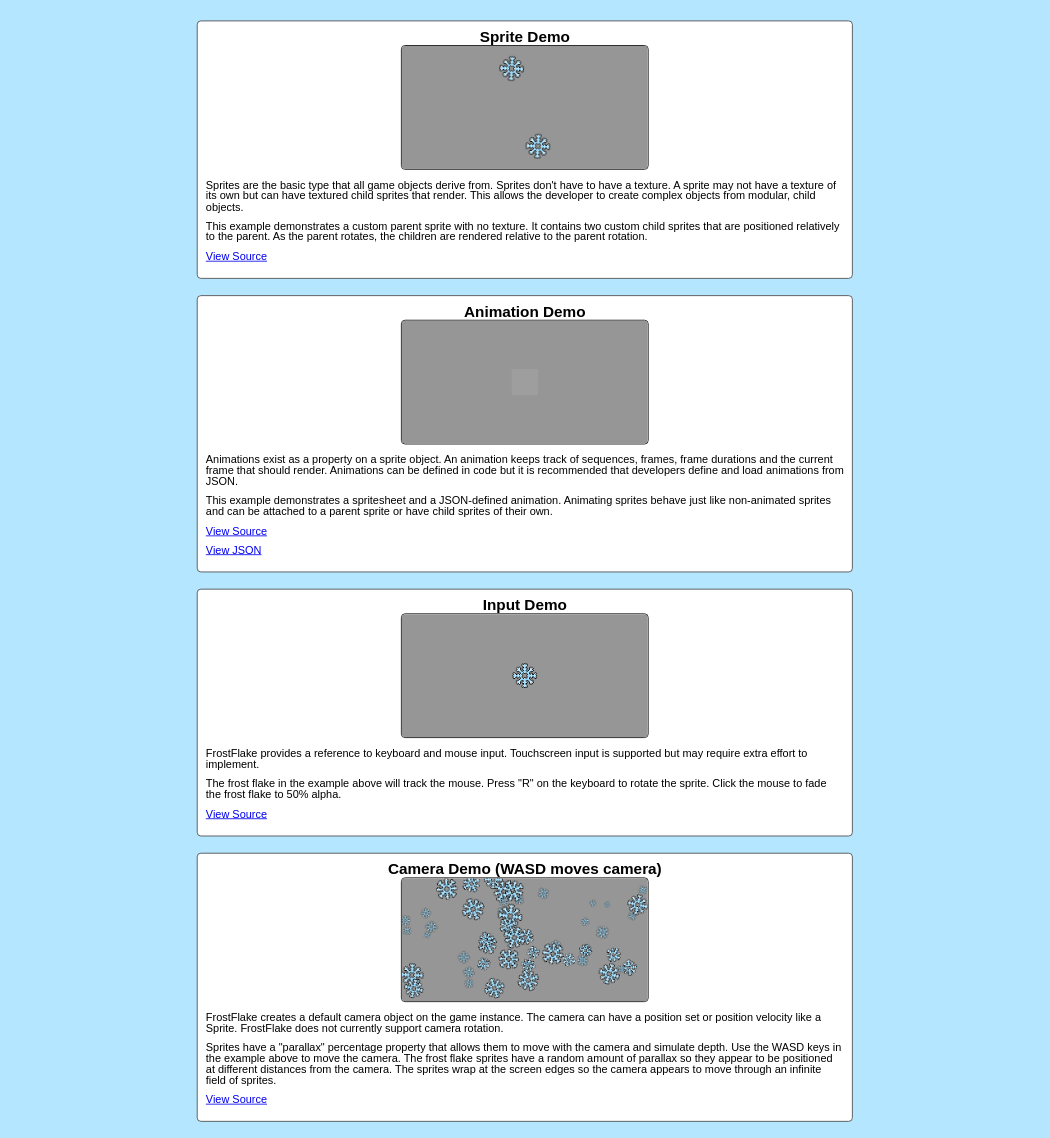
Repository: reidstidolph/chameleon
Page: public/perspective.html
The author's editor kept a record of every edit. The page is drawn from the files as they stood at one moment, then again after the next edit.
The browser window is 1280 px wide. The pictures show the whole page, at 82% of full size.
Some web libraries are served in a nearby version.

Above is the page before.
Console error (its wording comes from the project's code and is left out).

### public/perspective.html
<!DOCTYPE html >
<html>
    <head>
        <title>FrostFlake Examples</title>

        <!-- stylesheet -->
        <link rel="stylesheet" href="/example/screen.css" />

        <!-- dependencies -->
        <script type="text/javascript" src="https://code.jquery.com/jquery-1.11.1.min.js"></script>

        <!-- frostFlake -->
        <script type="text/javascript" src="Class.js"></script>
        <script type="text/javascript" src="Animation.js"></script>
        <script type="text/javascript" src="Camera.js"></script>
        <script type="text/javascript" src="Keyboard.js"></script>
        <script type="text/javascript" src="Mouse.js"></script>
        <script type="text/javascript" src="Input.js"></script>
        <script type="text/javascript" src="Io.js"></script>
        <script type="text/javascript" src="Renderer.js"></script>
        <script type="text/javascript" src="Sprite.js"></script>
        <script type="text/javascript" src="Util.js"></script>
        <script type="text/javascript" src="View.js"></script>
        <script type="text/javascript" src="frostFlake.js"></script>

        <!-- examplesFile -->
        <script type="text/javascript" src="/example/spriteDemo.js"></script>
        <script type="text/javascript" src="/example/animationDemo.js"></script>
        <script type="text/javascript" src="/example/inputDemo.js"></script>
        <script type="text/javascript" src="/example/cameraDemo.js"></script>
        <script type="text/javascript" src="/example/rendererDemo.js"></script>

        <script>
            var d1, d2, d3, d4, d5;

            // start all examples when page is fully loaded.
            /* global spriteDemo, animationDemo, inputDemo, cameraDemo, rendererDemo, $ */
            $(function() {
                "use strict";

                // initiate the demos
                d1 = new spriteDemo.Game($("canvas#spriteDemo")[0]);
                d2 = new animationDemo.Game($("canvas#animationDemo")[0]);
                d3 = new inputDemo.Game($("canvas#inputDemo")[0]);
                d4 = new cameraDemo.Game($("canvas#cameraDemo")[0]);
                d5 = new rendererDemo.Game($("canvas#rendererDemo")[0]);

            });
        </script>
    </head>
    <body>
        <!-- SPRITE DEMO -->
        <section class="demo">
            <h1>Sprite Demo</h1>
            <canvas id="spriteDemo"></canvas>
            <p>
                Sprites are the basic type that all game objects derive from.
                Sprites don't have to have a texture. A sprite may not have a
                texture of its own but can have textured child sprites that
                render. This allows the developer to create complex objects
                from modular, child objects.
            </p>
            <p>
                This example demonstrates a custom parent sprite with no texture.
                It contains two custom child sprites that are positioned relatively
                to the parent. As the parent rotates, the children are rendered
                relative to the parent rotation.
            </p>

            <p>
                <a href="/example/spriteDemo.js" target="_blank" title="Sprite Demo Source">View Source</a>
            </p>
        </section>

        <!-- ANIMATION DEMO -->
        <section class="demo">
            <h1>Animation Demo</h1>
            <canvas id="animationDemo"></canvas>
            <p>
                Animations exist as a property on a sprite object. An animation
                keeps track of sequences, frames, frame durations and the current
                frame that should render. Animations can be defined in code but
                it is recommended that developers define and load animations from
                JSON.
            </p>
            <p>
                This example demonstrates a spritesheet and a JSON-defined animation.
                Animating sprites behave just like non-animated sprites and can be
                attached to a parent sprite or have child sprites of their own.
            </p>
            <p>
                <a href="/example/animationDemo.js" target="_blank" title="Animation Demo Source">View Source</a>
            </p>

            <p>
                <a href="/example/animation.json" target="_blank" title="Animation JSON Source">View JSON</a>
            </p>
        </section>

        <!-- MOUSE DEMO -->
        <section class="demo">
            <h1>Input Demo</h1>
            <canvas id="inputDemo"></canvas>
            <p>
                FrostFlake provides a reference to keyboard and mouse input. Touchscreen
                input is supported but may require extra effort to implement.
            </p>
            <p>
                The frost flake in the example above will track the mouse. Press
                "R" on the keyboard to rotate the sprite. Click the mouse to fade
                the frost flake to 50% alpha.
            </p>
            <p>
                <a href="/example/inputDemo.js" target="_blank" title="Input Demo Source">View Source</a>
            </p>
        </section>

        <!-- CAMERA DEMO -->
        <section class="demo">
            <h1>Camera Demo (WASD moves camera)</h1>
            <canvas id="cameraDemo"></canvas>
            <p>
                FrostFlake creates a default camera object on the game instance.
                The camera can have a position set or position velocity like a Sprite.
                FrostFlake does not currently support camera rotation.
            </p>

            <p>
                Sprites have a "parallax" percentage property that allows them to move
                with the camera and simulate depth. Use the WASD keys in the example
                above to move the camera. The frost flake sprites have a random amount
                of parallax so they appear to be positioned at different distances from
                the camera. The sprites wrap at the screen edges so the camera appears
                to move through an infinite field of sprites.
            </p>

            <p>
                <a href="/example/cameraDemo.js" target="_blank" title="Camera Demo Source">View Source</a>
            </p>
        </section>

    </body>
</html>

### public/demos/justin/screen.css
/* http://meyerweb.com/eric/tools/css/reset/
   v2.0 | 20110126
   License: none (public domain)
*/

html, body, div, span, applet, object, iframe,
h1, h2, h3, h4, h5, h6, p, blockquote, pre,
a, abbr, acronym, address, big, cite, code,
del, dfn, em, img, ins, kbd, q, s, samp,
small, strike, strong, sub, sup, tt, var,
b, u, i, center,
dl, dt, dd, ol, ul, li,
fieldset, form, label, legend,
table, caption, tbody, tfoot, thead, tr, th, td,
article, aside, canvas, details, embed,
figure, figcaption, footer, header, hgroup,
menu, nav, output, ruby, section, summary,
time, mark, audio, video {
    margin: 0;
    padding: 0;
    border: 0;
    font-size: 100%;
    font: inherit;
    vertical-align: baseline;
}
/* HTML5 display-role reset for older browsers */
article, aside, details, figcaption, figure,
footer, header, hgroup, menu, nav, section {
    display: block;
}
body {
    line-height: 1;
}
ol, ul {
    list-style: none;
}
blockquote, q {
    quotes: none;
}
blockquote:before, blockquote:after,
q:before, q:after {
    content: '';
    content: none;
}
table {
    border-collapse: collapse;
    border-spacing: 0;
}



/* CUSTOM STYLES */
html {
    padding-top: 25px;
    background:#b5e6ff;
}

body {
    font-family: Arial, Helvetica, sans-serif;
    width:800px;
    margin:0 auto;
    text-align: center;
    font-size:10pt;
}

canvas {
    border:1px solid black;
    border-radius: 5px;
    margin-bottom:10px;
    cursor:none;
}

h1, h2, h3, h4, h5 {
    font-weight:bold;
    font-size: 14pt;
}

section {
    border:1px solid #444;
    border-radius: 5px;
    background:#FFF;
    padding:10px;
    margin-bottom:20px;
}

p {
    text-align: left;
    margin-bottom: 10px;
}

### public/demos/justin/Class.js
/* ===============================================================================================

    CLASS.JS
    This was written by John Resig (http://ejohn.org/)
    http://ejohn.org/blog/simple-javascript-inheritance/

    Inspired by base2 and Prototype. MIT Licensed.

    This allows OOP-like inheritance for most of the frostFlake objects and makes it much
    easier to create custom game objects based on frostFlake core types.

    This is the only class in frostFlake that is not expected to conform to the
    majority of JSLint because John Resig > Justin Johnson

================================================================================================*/
(function(){
  var initializing = false, fnTest = /xyz/.test(function(){xyz;}) ? /\b_super\b/ : /.*/;

  // The base Class implementation (does nothing)
  this.Class = function(){};

  // Create a new Class that inherits from this class
  Class.extend = function(prop) {
    var _super = this.prototype;

    // Instantiate a base class (but only create the instance,
    // don't run the init constructor)
    initializing = true;
    var prototype = new this();
    initializing = false;

    // Copy the properties over onto the new prototype
    for (var name in prop) {
      // Check if we're overwriting an existing function
      prototype[name] = typeof prop[name] == "function" &&
        typeof _super[name] == "function" && fnTest.test(prop[name]) ?
        (function(name, fn){
          return function() {
            var tmp = this._super;

            // Add a new ._super() method that is the same method
            // but on the super-class
            this._super = _super[name];

            // The method only need to be bound temporarily, so we
            // remove it when we're done executing
            var ret = fn.apply(this, arguments);
            this._super = tmp;

            return ret;
          };
        })(name, prop[name]) :
        prop[name];
    }

    // The dummy class constructor
    function Class() {
      // All construction is actually done in the init method
      if ( !initializing && this.init )
        this.init.apply(this, arguments);
    }

    // Populate our constructed prototype object
    Class.prototype = prototype;

    // Enforce the constructor to be what we expect
    Class.prototype.constructor = Class;

    // And make this class extendable
    Class.extend = arguments.callee;

    return Class;
  };
})();

### public/demos/justin/Mouse.js
/* ===============================================================================================

    MOUSE.JS
    Static library of lookups for mouse buttons

================================================================================================*/

var frostFlake = (function (ff) {

    "use strict";

    ff.mouse = {
        // provides button codes by button name
        buttons: {
            "Left": 1,
            "Middle": 2,
            "Right": 3
        },

        // provides button names by button code
        buttonCodes: {
            1: "Left",
            2: "Middle",
            3: "Right"
        }
    };

    return ff;
}(frostFlake || {}));

### public/demos/justin/Io.js
/* ===============================================================================================

    IO.JS
    Provides methods for loading objects from JSON or converting them to JSON

================================================================================================*/

/*global console, Image, jQuery*/
var frostFlake = (function (ff, $) {

    "use strict";

    // loads json from a url
    ff.loadJson = function (url, successCallback, failCallback, alwaysCallback) {
        if (!successCallback) {
            successCallback = function (json) {
                console.log("Loaded json from: " + url + " (" + json + ")");
            };
        }

        if (!failCallback) {
            failCallback = function (jqxhr, textStatus, error) {
                console.log("Failed to load JSON: " + textStatus + ", " + error);
            };
        }
        $.getJSON(url).done(successCallback).fail(failCallback).always(alwaysCallback);
    };

    // converts an object to a JSON string. Stubbed to use fallback library.
    ff.toJson = JSON.stringify;

    // parses a json string. Stubbed to eventually use fallback library.
    ff.fromJson = JSON.parse;

    // loads an image from a URL
    ff.loadImage = function (url, loadedCallback) {
        var path = url,
            img;

        img = new Image();
        img.loadEvents = [];
        if (loadedCallback) {
            img.loadEvents.push(loadedCallback);
        }

        // execute callbacks on load
        img.onload = function () {
            var i;
            for (i = 0; i < img.loadEvents.length; i += 1) {
                img.loadEvents[i]();
            }
        };
        img.src = path;
        return img;
    };

    return ff;
}(frostFlake || {}, jQuery));

### public/demos/justin/View.js
/* ===============================================================================================

    VIEW.JS
    Views manage the current collection of objects in use in a game.
    Views should be overridden to contain the objects, saving and loading that a game requires

================================================================================================*/

/* global Class */
var frostFlake = (function (ff) {

    "use strict";

    ff.View = Class.extend({
        // constructor
        init: function () {
            this.sprites = [];
        },

        // updates all Sprites (Sprites automatically update their children)
        update: function (deltaTime) {
            var i;
            for (i = 0; i < this.sprites.length; i += 1) {
                this.sprites[i].update(deltaTime);
            }
        },

        // adds a sprite to the draw/update queue
        addSprite: function (sprite) {
            var placeToAdd = this.sprites.length - 1,
                i;
            for (i = 0; i < this.sprites.length; i += 1) {
                if (sprite.layer < this.sprites[i].layer) {
                    placeToAdd = i;
                    break;
                }
            }
            this.sprites.splice(placeToAdd, 0, sprite);
        },

        // adds array of sprites to the draw/update queue
        addSpriteArray: function (spriteArray) {
            var i;
            for (i = 0; i < spriteArray.length; i += 1) {
                this.addSprite(spriteArray[i]);
            }
        },

        // removes a sprite from the draw/update queue
        removeSprite: function (sprite) {
            var index = this.sprites.indexOf(sprite);
            if (index >= 0) {
                this.sprites.splice(index, 1);
            }
        },

        // removes array of sprites from the draw/update queue
        removeSpriteArray: function (spriteArray) {
            var i;
            for (i = 0; i < spriteArray.length; i += 1) {
                this.removeSprite(spriteArray[i]);
            }
        },

        // removes all sprites from render queue
        clearSprites: function () {
            this.sprites = [];
        }
    });

    return ff;
}(frostFlake || {}));

### public/demos/justin/spriteDemo.js
/* global frostFlake */
var spriteDemo = (function(ff) {
    "use strict";

    // create example application container
    var demo = {};

    // basic custom entity with texture and rotation
    demo.Flake = ff.Sprite.extend({
        // custom construct specifies texture URL
        init: function () {
            // call base constructor with sprite URL and a custom load callback
            this._super("frostFlake.png");

            // set a custom rotation speed
            this.rotationVelocity = 1.5;
        }
    });

    // custom entity with no texture of its own, has two children
    demo.ParentEntity = ff.Sprite.extend({
        // custom constructor loads children
        init: function () {
            var flake1, flake2;

            this._super();

            // create two instances of our example entity
            flake1 = new demo.Flake();
            flake2 = new demo.Flake();

            // give each instance a position relative to this position
            flake1.position.x = 50;
            flake2.position.x = -50;

            // add both entities as children to this entity
            this.addChild(flake1);
            this.addChild(flake2);

            // rotate, children will rotate based on relative position
            this.rotationVelocity = -0.25;
        }
    });

    // create a custom view that loads some FrostFlakeSprite objects
    demo.ExampleView = ff.View.extend({
        // override constructor
        init: function () {
            var parentEntityInstance;

            // call parent constructor
            this._super();

            // create a custom entity instance
            parentEntityInstance = new demo.ParentEntity();

            // add custom entity to children so it will update/render
            this.addSprite(parentEntityInstance);
        }
    });

    // extend the frostflake game object
    demo.Game = ff.Game.extend({
        // custom constructor takes canvas reference
        init: function (canvas) {

            // call parent constructor with canvas, FPS and background color
            this._super(canvas, 60, "rgba(150, 150, 150, 1)");

            // set the current view to an instance of our example view
            this.currentView = new demo.ExampleView();
        }
    });

    // return our custom demo game
    return demo;
}(frostFlake));

### public/demos/justin/animationDemo.js
/* global frostFlake */
var animationDemo = (function (ff) {
    "use strict";

    // create container for demo game
    var demo = {};

    // custom animated sprite object
    demo.AnimatedEntity = ff.Sprite.extend({

        // custom constructor loads animation
        init: function () {

            // create self reference for use in callbacks
            var me = this;

            // call super without passing a texture URL
            me._super();

            // load our animation with a custom success callback
            // callback will fire after the animation and animation texture have loaded
            me.loadAnimation("animation.json", function () {
                console.log("Animation loaded successfully.");

                // choose the sequence to play
                me.animation.currentSequence("loading");

                // start animating
                me.animation.start();
            });
        }
    });

    // custom view contains the animation
    demo.CustomView = ff.View.extend({

        // custom constructor instantiates our entity
        init: function () {
            var animatedSprite;
            this._super();

            // instantiate our custom sprite
            animatedSprite = new demo.AnimatedEntity();

            // add it to our render list
            this.addSprite(animatedSprite);
        }
    });

    // custom game loads our custom view
    demo.Game = ff.Game.extend({
        init: function (canvas) {

            // call parent constructor with FPS and background color
            this._super(canvas, 60, "rgba(150, 150, 150, 1)");

            // use our custom view
            this.currentView = new demo.CustomView();
        }
    });

    return demo;

}(frostFlake));

### public/demos/justin/inputDemo.js
/* global frostFlake */
var inputDemo = (function (ff) {
    "use strict";

    // create container for demo game
    var demo = {};

    demo.GameCursor = ff.Sprite.extend({

        // reference to the game instance
        instance: null,

        // custom constructor loads sprite
        init: function () {
            this._super("/example/frostFlake.png");
        },

        // override the update function to call our custom method
        update: function (deltaTime) {
            this._super(deltaTime);
            this.trackMouse();
            this.handleInput();
        },

        // custom method to track mouse
        trackMouse: function () {
            this.position.x = demo.instance.input.mouse.worldX;
            this.position.y = demo.instance.input.mouse.worldY;
        },

        handleInput: function () {
            if(demo.instance.input.keyboard.keyDown(ff.keyboard.keys.R)) {
                this.rotationVelocity = 1.5;
            }
            else {
                this.rotationVelocity = 0;
            }

            if(demo.instance.input.mouse.buttonDown(ff.mouse.buttons.Left)) {
                this.alpha = 0.5;
            }
            else {
                this.alpha = 1;
            }
        }
    });

    // custom view instantiates a cursor object
    demo.CustomView = ff.View.extend({
        // custom constructor to create cursor
        init: function () {
            var cursor;
            this._super();

            // create and add cursor instance to sprite collection
            cursor = new demo.GameCursor();
            this.addSprite(cursor);
        }
    });

    // custom game instance sets currentView
    demo.Game = ff.Game.extend({
        init: function(canvas) {
            this._super(canvas, 60, "rgba(150, 150, 150, 1)");
            demo.instance = this;
            this.currentView = new demo.CustomView();
        }
    });

    return demo;

}(frostFlake));

Loaded but not shown: public/demos/justin/animation.json (32 lines, source omitted); public/demos/justin/Sprite.js (304 lines, source omitted); public/demos/justin/Input.js (216 lines, source omitted); public/demos/justin/Animation.js (150 lines, source omitted); public/demos/justin/Keyboard.js (224 lines, source omitted); public/demos/justin/Util.js (151 lines, source omitted); public/demos/justin/rendererDemo.js (139 lines, source omitted); public/demos/justin/Renderer.js (104 lines, source omitted); public/demos/justin/cameraDemo.js (144 lines, source omitted); public/demos/justin/Camera.js (112 lines, source omitted); public/demos/justin/frostFlake.js (94 lines, source omitted)

After the next edit:
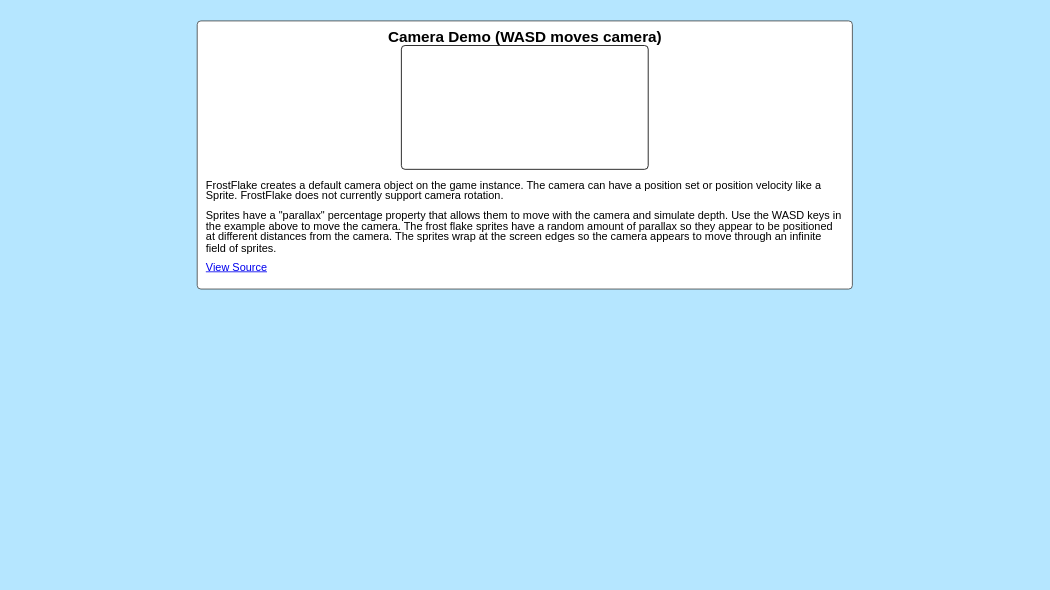
The edit:
--- a/public/perspective.html
+++ b/public/perspective.html
@@ -49,72 +49,6 @@
         </script>
     </head>
     <body>
-        <!-- SPRITE DEMO -->
-        <section class="demo">
-            <h1>Sprite Demo</h1>
-            <canvas id="spriteDemo"></canvas>
-            <p>
-                Sprites are the basic type that all game objects derive from.
-                Sprites don't have to have a texture. A sprite may not have a
-                texture of its own but can have textured child sprites that
-                render. This allows the developer to create complex objects
-                from modular, child objects.
-            </p>
-            <p>
-                This example demonstrates a custom parent sprite with no texture.
-                It contains two custom child sprites that are positioned relatively
-                to the parent. As the parent rotates, the children are rendered
-                relative to the parent rotation.
-            </p>
-
-            <p>
-                <a href="/example/spriteDemo.js" target="_blank" title="Sprite Demo Source">View Source</a>
-            </p>
-        </section>
-
-        <!-- ANIMATION DEMO -->
-        <section class="demo">
-            <h1>Animation Demo</h1>
-            <canvas id="animationDemo"></canvas>
-            <p>
-                Animations exist as a property on a sprite object. An animation
-                keeps track of sequences, frames, frame durations and the current
-                frame that should render. Animations can be defined in code but
-                it is recommended that developers define and load animations from
-                JSON.
-            </p>
-            <p>
-                This example demonstrates a spritesheet and a JSON-defined animation.
-                Animating sprites behave just like non-animated sprites and can be
-                attached to a parent sprite or have child sprites of their own.
-            </p>
-            <p>
-                <a href="/example/animationDemo.js" target="_blank" title="Animation Demo Source">View Source</a>
-            </p>
-
-            <p>
-                <a href="/example/animation.json" target="_blank" title="Animation JSON Source">View JSON</a>
-            </p>
-        </section>
-
-        <!-- MOUSE DEMO -->
-        <section class="demo">
-            <h1>Input Demo</h1>
-            <canvas id="inputDemo"></canvas>
-            <p>
-                FrostFlake provides a reference to keyboard and mouse input. Touchscreen
-                input is supported but may require extra effort to implement.
-            </p>
-            <p>
-                The frost flake in the example above will track the mouse. Press
-                "R" on the keyboard to rotate the sprite. Click the mouse to fade
-                the frost flake to 50% alpha.
-            </p>
-            <p>
-                <a href="/example/inputDemo.js" target="_blank" title="Input Demo Source">View Source</a>
-            </p>
-        </section>
-
         <!-- CAMERA DEMO -->
         <section class="demo">
             <h1>Camera Demo (WASD moves camera)</h1>
